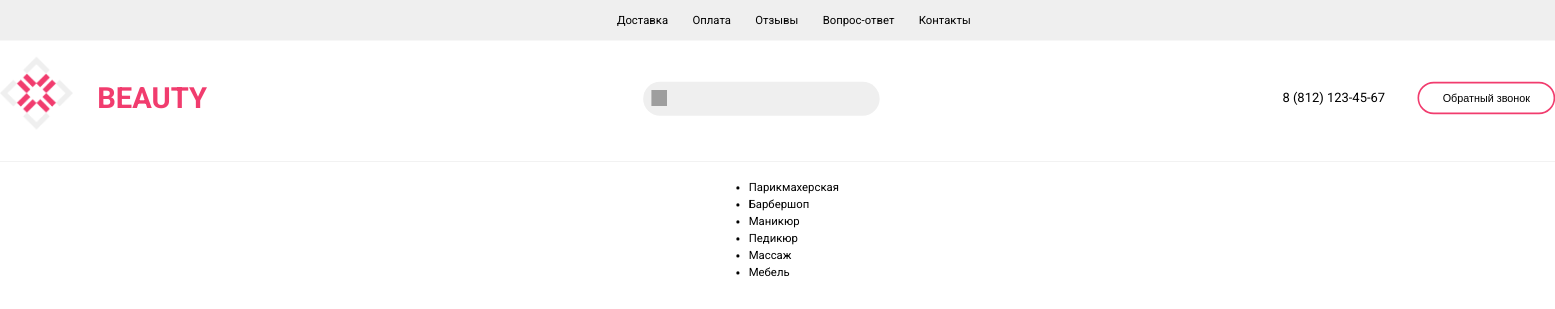
Repository: savannaaaas/verstka
Page: index.html
These files come from the project's save history. The page is drawn as it stood at one moment and after the next save; the edit follows.
The browser window is 1280 px wide. The page is 1920 px wide, so the pictures cover 1920 px, including what lies to the right of the window. The pictures show the whole page, at 81% of full size.
Pictures or frames that could not be fetched are drawn as grey boxes. Some web fonts or font styles are not loaded; a fallback is used.

Above is the page before, as saved 2025-04-15 16:52:53.

### index.html
<!DOCTYPE html>
<html lang="en">
<head>
    <meta charset="UTF-8">
    <meta name="viewport" content="width=device-width, initial-scale=1.0">
    <title>Figma</title>
    <link rel="preconnect" href="https://fonts.googleapis.com">
    <link rel="preconnect" href="https://fonts.gstatic.com" crossorigin>
    <link href="https://fonts.googleapis.com/css2?family=Istok+Web:ital,wght@0,400;0,700;1,400;1,700&family=Italiana&family=Jura:wght@300..700&family=Roboto:ital,wght@0,100..900;1,100..900&display=swap" rel="stylesheet">
    <link rel="stylesheet" href="style.css">
</head>
<body>
    <div class="content">
        <div class="top-line">
            <ul>
                <li>Доставка</li>
                <li>Оплата</li>
                <li>Отзывы</li>
                <li>Вопрос-ответ</li>
                <li>Контакты</li>
            </ul>
        </div>
        <div class="second-line">
            <div class="second-line-content">
                <div class="logo">
                    <img alt="logo" src="logo.png">
                    <h1>BEAUTY</h1>
                </div>
            <div class="search">
                <input class="search">
                <img alt="search" src="search.png">
            </div>
            <div class="contact">
                <p>8 (812) 123-45-67</p>
                <button>Обратный звонок</button>
            </div>
        </div>
            <hr class="line">
            <div class="service">
                <ul>
                    <li>Парикмахерская</li>
                    <li>Барбершоп</li>
                    <li>Маникюр</li>
                    <li>Педикюр</li>
                    <li>Массаж</li>
                    <li>Мебель</li>
                </ul>
            </div>
        </div>

    </div>
</body>
</html>

### style.css
body {
    min-height: 100vh;
    width: 1920px;
    scroll-behavior: smooth;
    text-rendering: optimizeSpeed;
    line-height: 1.5;
    margin: 0;
    padding: 0;
    font-family: "Roboto", sans-serif;
    font-weight: 400;
    font-style: normal;
    font-size: 14px;

  }
  .top-line{
    display: flex;
    background-color: #EFEFEF;
    height: 50px;
    align-items: center;
    justify-content: center;

  }
   .top-line ul{
    display: flex;
    list-style: none;
    flex-wrap: nowrap;
    gap: 30px;
   }
   .second-line{
    display: flex;
    margin: 0 auto;
    align-items: center;
    flex-direction: column;

   }
   .second-line-content{
    width: 100%;
    height: 100%;
    display: flex;
    margin: 0 auto;
    align-items: center;
  justify-content: space-between;
  padding: 20px 0;
   }

.logo{
    display: flex;
    flex-wrap: nowrap;
    gap: 30px;
   }
.logo img{
    width: 90px;
    height: 90px;
}
 .logo h1{
    font-size: 36px;
    color: #F13C6E;
   }

   .search {
    position: relative;
    width: 250px;
    height: 40px;
  }

  .search input {
    border-radius: 40px;
    width: 100%;
    height: 100%;
    border: none;
    background-color: #EFEFEF;
    padding-left: 40px;
  }

  .search img {
    position: absolute;
    left: 10px;
    top: 50%;
    transform: translateY(-50%);
    width: 20px;
    height: 20px;
    pointer-events: none;
  }
  .contact{
    display: flex;
    gap: 40px;
    align-items: center;

  }
  .contact p{
    font-size: 16px;
  }
  .contact button{
    width: 170px;
    height: 40px;
    border: 2px solid #F13C6E;
    border-radius: 40px;
    background: transparent;
  }
hr{
    width: 100%;
    border: none;
    border-top: 1px solid #EFEFEF;
}
.servise ul{
    display: flex;
    list-style: none;
    flex-wrap: nowrap;
    gap: 30px;
   }

After the next save:
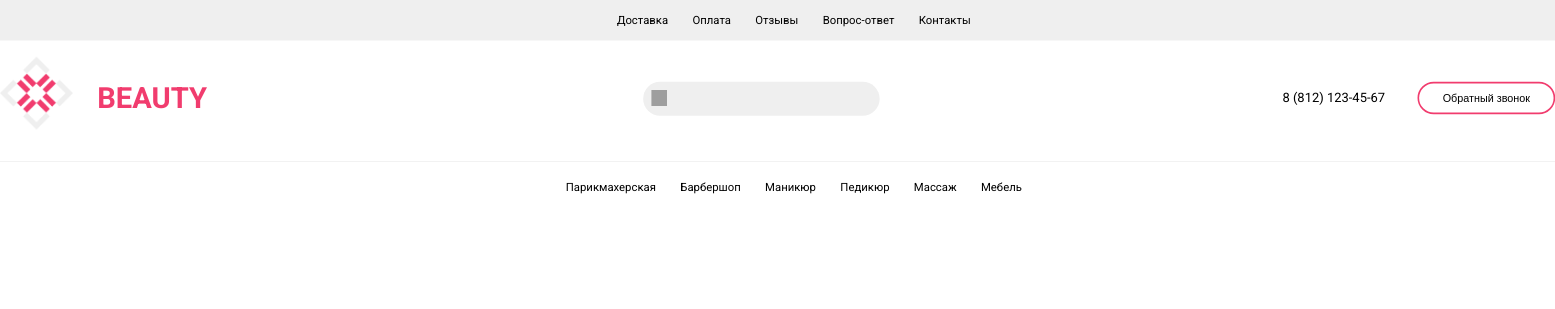
Saved 11 s later.
--- a/style.css
+++ b/style.css
@@ -102,7 +102,7 @@
     border: none;
     border-top: 1px solid #EFEFEF;
 }
-.servise ul{
+.service ul{
     display: flex;
     list-style: none;
     flex-wrap: nowrap;
